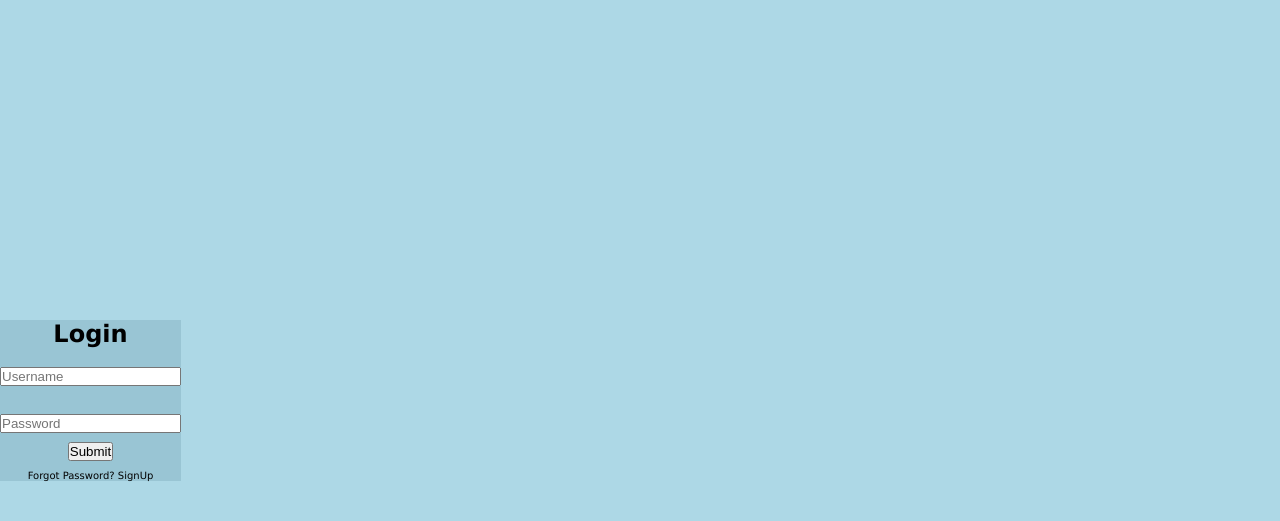
Repository: busra-kayaa/LoginPage
Page: login.html
The author's editor kept a copy of each file at every save. The page is drawn from the files as they stood at one save, then again after the next save.
The browser window is 1280 px wide. The pictures show the whole page.

Above is the page before, as saved 2023-12-28 20:12:06.

After the next save:
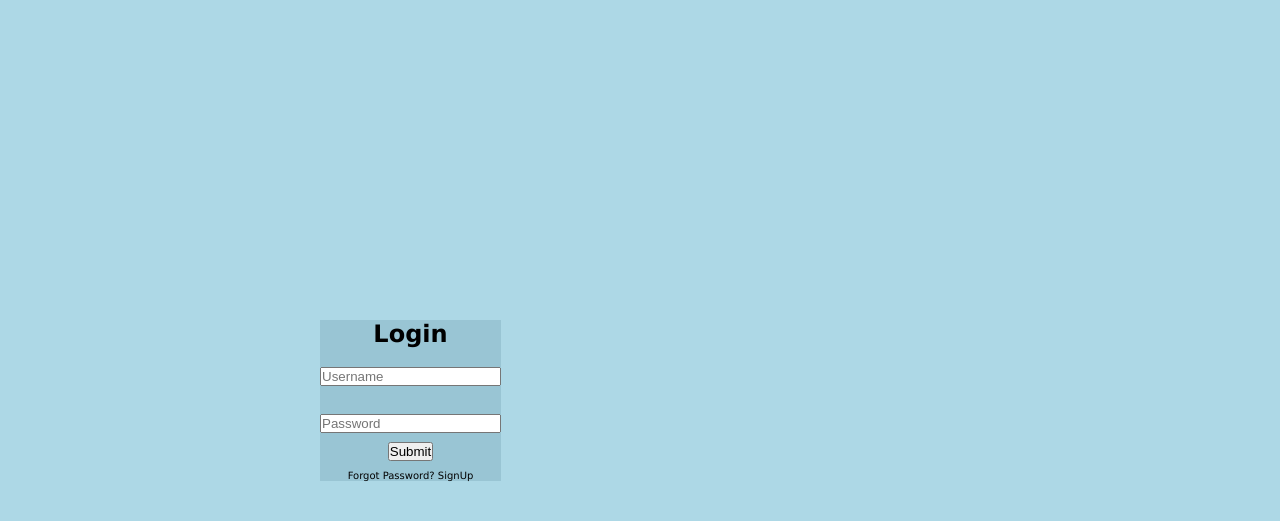
Saved 15 s later.
--- a/style.css
+++ b/style.css
@@ -20,6 +20,7 @@ body {
     align-items: center;
     text-align: center;
     margin-top: 25%;
+    margin-left: 25%;
 }
 .input-group {
     margin-top: 10%;
